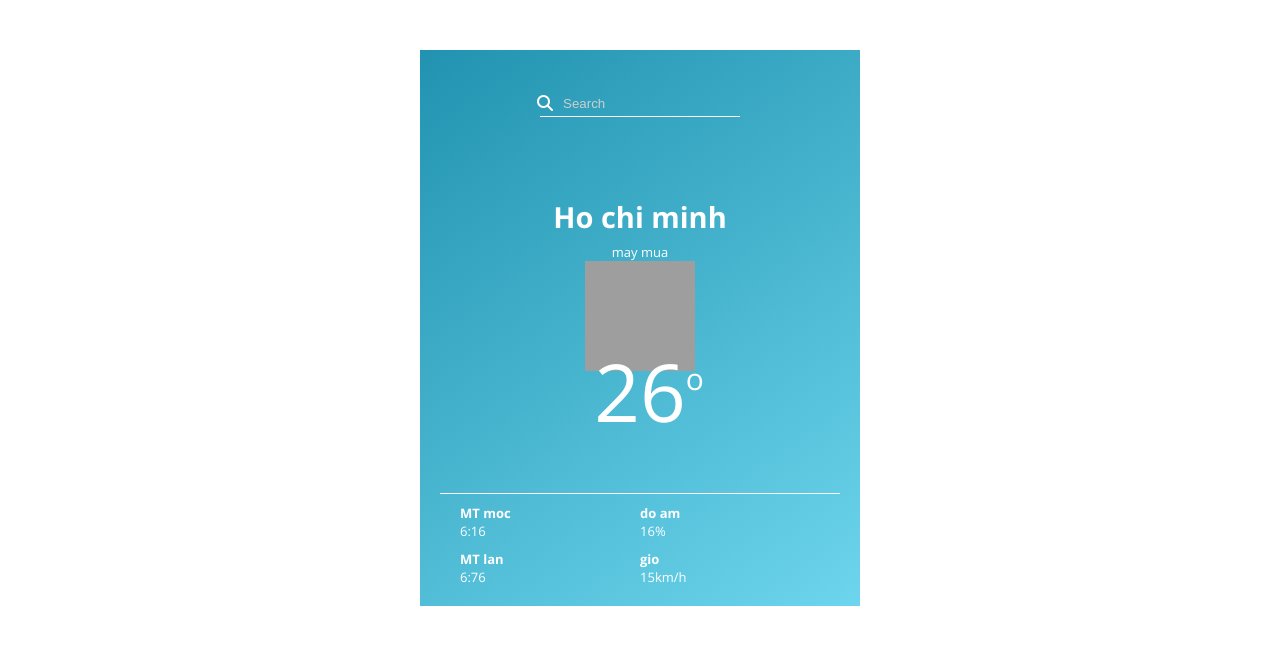
Repository: tienbkvn0605/weatherApp
Page: index.html
These files come from the project's save history. The page is drawn as it stood at one moment and after the next save; the edit follows.
The browser window is 1280 px wide. The pictures show the whole page.
Pictures or frames that could not be fetched are drawn as grey boxes.

Above is the page before, as saved 2022-10-09 00:07:15.

After the next save:
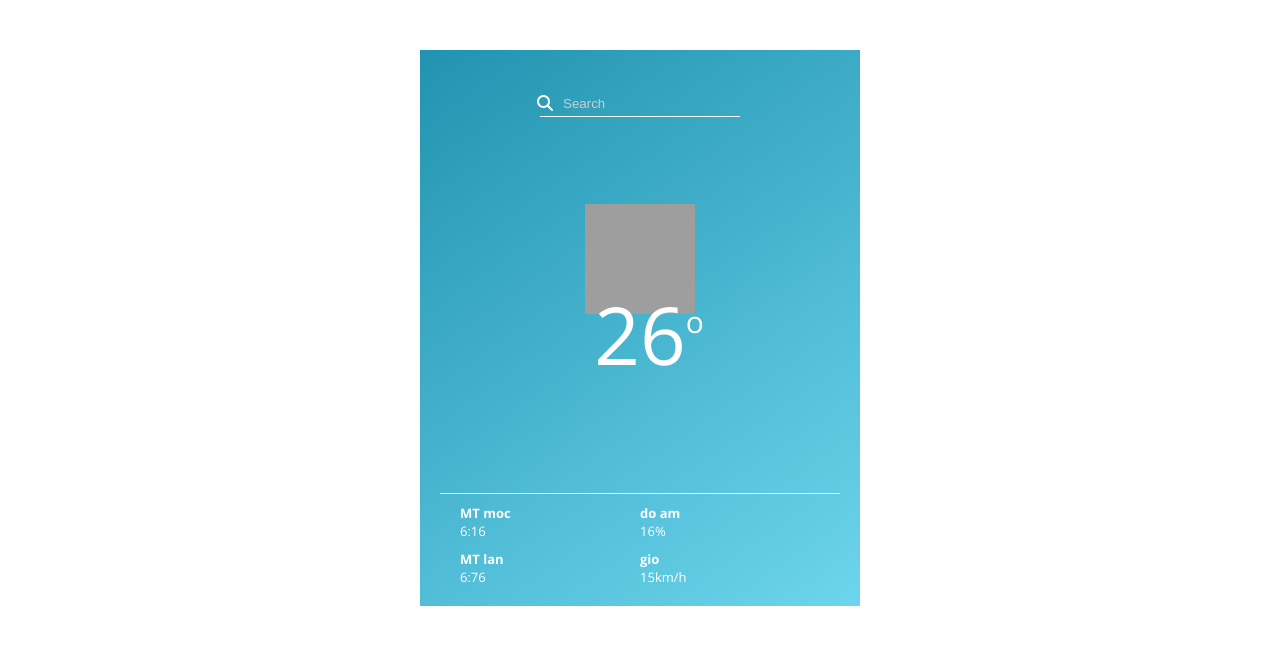
Saved 101 s later.
--- a/index.html
+++ b/index.html
@@ -33,8 +33,8 @@
           />
         </div>
         <div class="info-wrapper">
-          <p class="city-name">Ho chi minh</p>
-          <p class="weather-state">may mua</p>
+          <p class="city-name"></p>
+          <p class="weather-state"></p>
           <img
             src="http://openweathermap.org/img/wn/10d@2x.png"
             alt="weather icon"
